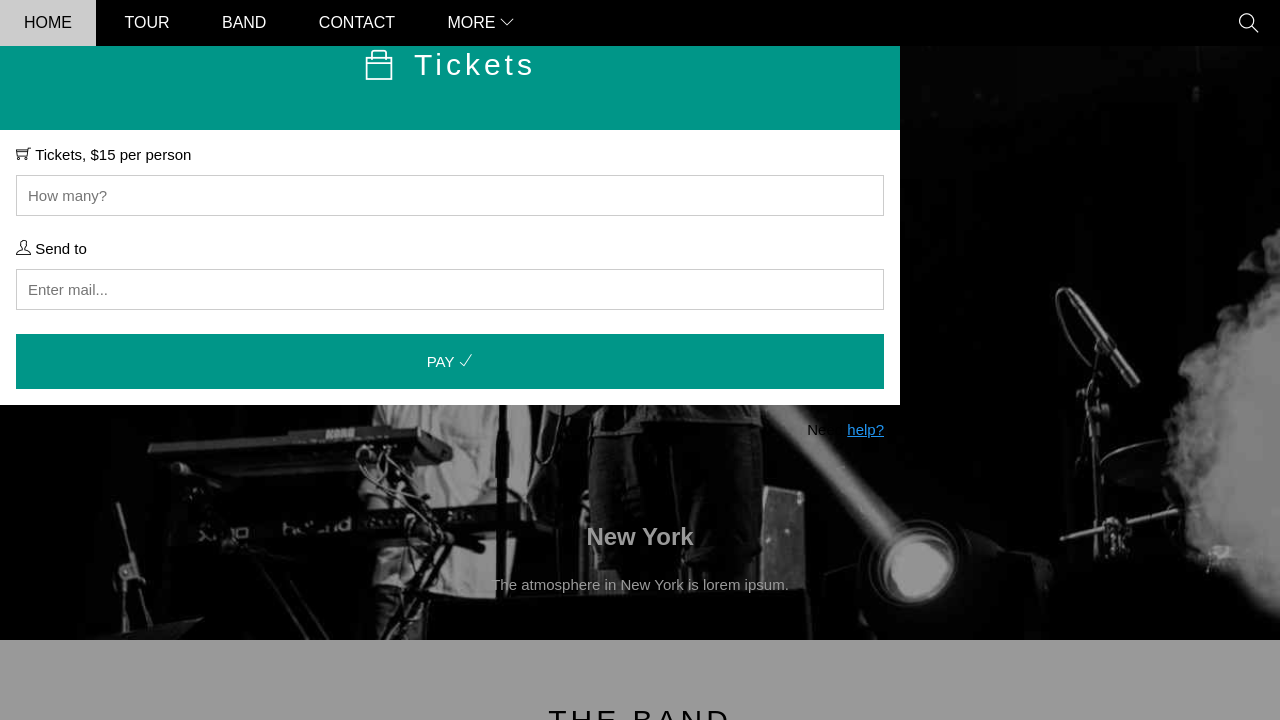
Repository: maivannhan1998/git-w3band
Page: index.html
An editor plug-in stored every save of this project. The page is shown before and after the next save, followed by the edit.
The browser window is 1280 px wide. The pictures show the window.
A layer covers the whole window, so only the first screen is drawn.

Above is the page before, as saved 2021-09-06 21:32:22.

### index.html
<!DOCTYPE html>
<html lang="en">
<head>
    <meta charset="UTF-8">
    <meta http-equiv="X-UA-Compatible" content="IE=edge">
    <meta name="viewport" content="width=device-width, initial-scale=1.0">
    <title>Document</title>
    <link rel="stylesheet" href="./asset/css/style.css">
    <link rel="stylesheet" href="./asset/fontss/themify-icons/themify-icons.css">
</head>
<body>
    <div id="main">
        <div id="header">
            <!-- Begin: nav -->
            <ul id="nav">
                <li><a href="">Home</a></li>
                <li><a href="">Tour</a></li>
                <li><a href="">Band</a></li>
                <li><a href="">Contact</a></li>
                <li><a href="">
                    More
                    <i class="nav-arrow-down ti-angle-down"></i>
                </a>
                    <ul class="subnav">
                        <li><a href="">Merchandise</a></li>
                        <li><a href="">Extras</a></li>
                        <li><a href="">Media</a></li>
                    </ul>
                </li>
            </ul>
            <!-- End: nav -->

            <!-- Begin: Search button -->
            <div class="search-btn">
                <i class="search-icon ti-search"></i>
            </div>
            <!-- End: Search button -->


        </div>

        <div id="slider">
            <div class="text-content">
                <h2 class="text-heading">New York</h2>
                <div class="text-des">The atmosphere in New York is lorem ipsum.</div>
            </div>
        </div>

        <div id="content">
            <!-- About section -->
            <div class="content-section">
                <h2 class="heading-section">THE BAND</h2>
                <p class="heading-sub-section">We love music</p>
                <p class="about-text">We have created a fictional band website. Lorem ipsum dolor sit amet, consectetur adipiscing elit, sed do eiusmod tempor incididunt ut labore et dolore magna aliqua. Ut enim ad minim veniam, quis nostrud exercitation ullamco laboris nisi ut aliquip ex ea commodo consequat. Duis aute irure dolor in reprehenderit in voluptate velit esse cillum dolore eu fugiat nulla pariatur. Excepteur sint occaecat cupidatat non proident, sunt in culpa qui officia deserunt mollit anim id est laborum consectetur adipiscing elit, sed do eiusmod tempor incididunt ut labore et dolore magna aliqua. Ut enim ad minim veniam, quis nostrud exercitation ullamco laboris nisi ut aliquip ex ea commodo consequat.</p>
                <div class="row members-list">
                    <div class="col col-third text-center">
                         <p class="member-name">Name</p>
                         <img src="./asset/img/band/member1.jpg" alt="Name" class="member-img">
                    </div>
                    <div class="col col-third text-center">
                        <p class="member-name">Name</p>
                        <img src="./asset/img/band/member1.jpg" alt="Name" class="member-img">
                   </div>
                   <div class="col col-third text-center">
                        <p class="member-name">Name</p>
                        <img src="./asset/img/band/member1.jpg" alt="Name" class="member-img">
                    </div>


                </div>
            </div>

            <!--Tour section  -->
            <div class="tour-section">

                <div class="content-section">
                    <h2 class="heading-section text-white">TOUR DATES</h2>
                    <p class="heading-sub-section text-white">Remember to book your tickets!</p>
                    <ul class="tickets-list">
                        <li>September<span class="sold-out">Sold out</span></li>
                        <li>October<span class="sold-out">Sold out</span></li>
                        <li>November<span class="quanity">3</span></li>
                    </ul>

                    <!-- Place section -->
                    <div class="row places-list">
                        <div class="col col-third ">
                            <img src="./asset/img/places/newyork.jpg" alt="New York" class="place-img">
                            <div class="place-content">
                                <h3 class="place-heading">New York</h3>
                                <p class="place-time">Fri 27 Nov 2016</p>
                                <p class="place-des">Praesent tincidunt sed tellus ut rutrum sed vitae justo.</p>
                                <a href="#" class="place-buy-btn js-buy-ticket">Buy Tickets</a>
                            </div>
                        </div>

                        <div class=" col col-third ">
                            <img src="./asset/img/places/paris.jpg" alt="Paris" class="place-img">
                            <div class="place-content">
                                <h3 class="place-heading">Paris</h3>
                                <p class="place-time">Sat 28 Nov 2016</p>
                                <p class="place-des">Praesent tincidunt sed tellus ut rutrum sed vitae justo.</p>
                                <a href="#" class="place-buy-btn js-buy-ticket">Buy Tickets</a>
                            </div>
                        </div>

                        <div class=" col col-third ">
                            <img src="./asset/img/places/sanfran.jpg" alt="San Francisco" class="place-img">
                            <div class="place-content">
                                <h3 class="place-heading">San Francisco</h3>
                                <p class="place-time">Sun 29 Nov 2016</p>
                                <p class="place-des">Praesent tincidunt sed tellus ut rutrum sed vitae justo.</p>
                                <a href="#" class="place-buy-btn js-buy-ticket">Buy Tickets</a>
                            </div>
                        </div>


                    </div>
                </div>


            </div>

            <!-- Contact section -->

            <div class="content-section">
                <h2 class="heading-section">CONTACT</h2>
                <p class="heading-sub-section">Fan? Drop a note!</p>


                <div class="row contact-content">
                    <div class="col col-half contact-info">
                           <p><i class="ti-location-pin"></i>Chicago, US</p>
                           <p><i class="ti-mobile"></i>Phone: +00 151515</p>
                           <p><i class="ti-email"></i>Email: mail@mail.com</p>
                    </div>
                    <div class="col col-half contact-form">
                        <form action="">
                            <div class="row">
                                   <div class="col col-half">
                                       <input type="text" name="" placeholder="Name" required  id="contact-name" class="form-control">
                                   </div>
                                   <div class="col col-half">
                                       <input type="email" name="" placeholder="Email" required id="contact-email" class="form-control">
                                   </div>
                                   <!-- <div class="clear"></div> -->
                            </div>
                            <div class="row mt-8">
                               <div class="col col-full">
                                   <input type="text" name="" placeholder="Message" id="contact-message" required class="form-control">
                               </div>
                            </div>
                            <input class="form-submit-btn mt-16" type="submit" value="SEND">

                        </form>
                    </div>
                </div>
            </div>

            <!-- End contact section -->

            <div class="map-section">
                <img src="./asset/img/map.jpg" alt="Map">
            </div>



        </div>

        <div id="footer">
            <div class="social-list">
                <a href=""><i class="ti-facebook"></i></a>
                <a href=""><i class="ti-instagram"></i></a>
                <a href=""><i class="ti-github"></i></a>
                <a href=""><i class="ti-pinterest"></i></a>
                <a href=""><i class="ti-twitter"></i></a>
                <a href=""><i class="ti-linkedin"></i></a>
            </div>
            <p class="copyright">Powered by <a href="">w3.css</a></p>
        </div>
    </div>

    <div class="modal">
        <div class="modal-container">
            <div class="modal-close">
                <i class="ti-close"></i>
            </div>
            <header class="modal-header">
                <i class="modal-tibag-icon ti-bag"></i>
                Tickets
            </header>

            <div class="modal-body">
                <label for="ticket-quanity" class="modal-label">
                    <i class="ti-shopping-cart"></i>
                    Tickets, $15 per person
                </label>
                <input id="ticket-quanity" type="text" class="modal-input" placeholder="How many?">

                <label for="ticket-email" class="modal-label">
                    <i class="ti-user"></i>
                    Send to
                </label>
                <input id="ticket-email" type="email" class="modal-input" placeholder="Enter mail...">

                <button id="buy-tickets">
                    Pay <i class="ti-check"></i>
                </button>


            </div>

            <footer class="modal-footer">
                <p class="modal-help">Need <a href="">help?</a></p>
            </footer>
        </div>
    </div>

    <script>
        const buyBtns = document.querySelectorAll('.js-buy-ticket')
        const modal = document.querySelector(".modal")

        function showBuyTickets() {

        }

        for ( const buyBtn of buyBtns) {
            buyBtn.addEventListener('click', showBuyTickets )
        }
    </script>

</body>
</html>

### asset/css/style.css
/* Reset CSS*/
*{
    padding: 0;
    margin: 0;
    box-sizing: border-box;
}

/* common */

.row {
    margin-left: -8px;
    margin-right: -8px;
}

.row::after {
    content: "";
    display: block;
    clear: both;
}

.col {
    float: left;
    padding-left: 8px;
    padding-right: 8px;
}

.col-third {
    width: 33.33333%;
}

.col-half {
    width: 50%;
}

.col-full {
    width: 100%;
}

.text-center {
    text-align: center !important;
}

.clear {
    clear: both;
}

.text-white {
    color: #fff !important;
}

.mt-8 {
    margin-top: 8px;
}

.mt-16 {
    margin-top: 16px;
}

html{
    font-family: Arial, Helvetica, sans-serif;

}

#main{

}

#header{
    position: fixed;
    top: 0;
    left: 0;
    right: 0;
    height: 46px;
    background-color: #000;
    z-index: 1;
}

#nav {
    display: inline-block ;
}

#nav, .subnav {
    list-style-type: none;
}

#nav > li {
    display: inline-block;
}

#nav li{
    position: relative;

}

#nav > li > a {
    color: #fff;
    text-transform: uppercase;
}

#nav li a {
    padding: 0 24px;
    line-height: 46px;
    display: block;
    text-decoration: none;
}
#nav .subnav li:hover a,
#nav > li:hover > a {
    color: #000;
    background-color: #ccc;
}

#nav .subnav {
    display: none;
    position: absolute;
    top: 100%;
    left: 0;
    min-width: 160px;
    background-color: #fff;
    box-shadow: 0 0 10px rgba(0, 0, 0, 0.3);
}

#nav .subnav a {
    color: #000;
    background-color: #fff;
    padding: 0 12px;
    line-height: 38px;

}

#nav li:hover .subnav {
    display: block;
}

.nav-arrow-down {
    font-size: 14px;
}

#header .search-btn {
    float: right;
    padding: 0px 21px;

}

#header .search-btn:hover {
    cursor: pointer;
    background-color: #f44336;
}

#header .search-icon {
    color: #fff;
    font-size: 20px;
    line-height: 46px;
}

#slider{
   /* margin-top: 46px; */
   /* chỉ số % chiều ngang của chính nó (chiều cao lun bằng 1/2 chiều ngang) */
   position: relative;
   padding-top: 50%;
   background: url('/asset/img/slider/slider1.jpg') top center / cover no-repeat;
}

#slider .text-content {
    position: absolute;
    bottom: 47px;
    color: #fff;
    width: 100%;
    /* left: 50%;
   transform: translateX(-50%); */
   text-align: center;

}

#sider .text-heading {
    font-weight: 500;
    font-size: 24px;
}

#slider .text-des {
    font-size: 15px;
    margin-top: 25px;
}

#content{

}

#content .content-section {
    width: 800px;
   padding: 64px 0 112px;
   margin-left: auto;
   margin-right: auto;

}

#content .heading-section {
    text-align: center;
    font-size: 30px;
    font-weight: 500;
    letter-spacing: 4px;
}

#content .heading-sub-section {
    text-align: center;
    font-size: 15px;
    margin-top: 25px;
    font-style: italic;
    opacity: 0.6;
}

#content .about-text {
    margin-top: 25px;
    text-align: justify;
    font-size: 15px;
    line-height: 1.5;
}

#content .members-list {
    margin-top: 48px;
}



#content .member-name {
    font-size: 15px;
}

#content .member-img {
    width: 154px;
    margin-top: 15px ;
    border-radius: 4px;

}

/* tour section */

.tour-section {
    background-color: #000;
}

.tickets-list {
    margin-top: 40px;
    list-style-type: none;
    background-color: #fff;

}

.tickets-list li {
    color: #757575;
    font-size: 15px;
    padding: 11px 16px;
    border-bottom: 1px solid #ccc;
}

.tickets-list .sold-out {
    color: #fff;
    background-color: #f44336;
    padding: 4px 4px;
    margin-left: 16px;
}

.tickets-list .quanity {
    float: right;
    color: #fff;
    background-color: #000;
    width: 24px;
    height: 24px;
    border-radius: 50%;
    text-align: center;
    margin-top: -3px;
    line-height: 24px;
}

.places-list {
    margin-top: 32px;

}

.place-img{
    width: 100%;
    display: block;
}

.place-img:hover {
    opacity: 0.6;
}

.place-content{
background-color: #fff;
padding: 16px;
font-size: 15px;
}

.place-heading{
    font-size: 15px;
}

.place-time{
    margin-top: 15px;
    color: #757575;
}

.place-des{
    margin: 15px 0;
    line-height: 1.4;
}

.place-buy-btn{
    color: #fff;
    background-color: #000;
    text-decoration: none;
    padding: 11px 16px;
    display: inline-block;
}

.place-buy-btn:hover {
    color: #000;
    background-color: #ccc;
}

/* contact form */

.contact-content {
    margin-top: 48px;
}

.contact-info {
    font-size: 18px;
}

.contact-info i[class*="ti-"]{
    width: 30px;
    display: inline-block;
    line-height: 1.5;
}

.contact-form {
    font-size: 15px;
}

.contact-form .form-control {
    padding: 10px;
    border: 1px solid #ccc;
    width: 100%;
}

.form-submit-btn {
    padding: 10px 16px;
    float: right;
    color: #fff;
    background: #000;
    border: none;
}

.form-submit-btn:hover {
    color: #000;
    background-color: #ccc;
}

.map-section img {
    width: 100%;
}

/* Footer section */

#footer{
    padding: 64px 16px;
    text-align: center;
}

#footer .social-list {
    font-size: 24px;
}

#footer .social-list a {
    color: rgba(0, 0, 0, 0.6);
    text-decoration: none;
}
#footer .copyright a:hover,
#footer .social-list a:hover {
    color: rgba(0, 0, 0, 0.4);
}
#footer .copyright a {
    margin-top: 15px;
    color: rgba(0, 0, 0, 0.6);
}

.modal {
    position: fixed;
    top: 0;
    left: 0;
    right: 0;
    bottom: 0;
    background-color: rgba(0, 0, 0, 0.4);
    align-items: center;
    justify-content: center;
    /* display: none; */
}

.modal-container {
    background: #fff;
    width: 900px;
    max-width: calc(100% - 32px);
    min-height: 200px;
    position: relative;
}

.modal-header {
    display: flex;
    align-items: center;
    justify-content: center;
    font-size: 30px;
    color: #fff;
    background-color: #009688;
    min-height: 130px;
    letter-spacing: 4px;
}

.modal-tibag-icon {
    margin-right: 16px;
}

.modal-close {
    position: absolute;
    right: 0;
    top: 0;
    padding: 17px 15px;
    color: #fff;
    cursor: pointer;

}

.modal-close:hover {
    color: #000;
    background-color: #ccc;
}

.modal-body {
    padding: 16px;
}

.modal-label {
    display: block;
    font-size: 15px;
    margin-bottom: 12px;
}

.modal-input {
    border: 1px solid #ccc;
    padding: 11px;
    width: 100%;
    font-size: 15px;
    margin-bottom: 24px;
}

#buy-tickets {
    width: 100%;
    color: #fff;
    background-color: #009688;
    border: none;
    padding: 19px;
    text-transform: uppercase;
    font-size: 15px;
    cursor: pointer;
}

#buy-tickets:hover {
    color: #000;
    background-color: #ccc;
}

.modal-footer {
    padding: 16px;
    float: right;
    font-size: 15px;
}

.modal-footer a {
    color: #2196f3;
    cursor: pointer;
}

Loaded but not shown: asset/fontss/themify-icons/themify-icons.css (common file)

After the next save:
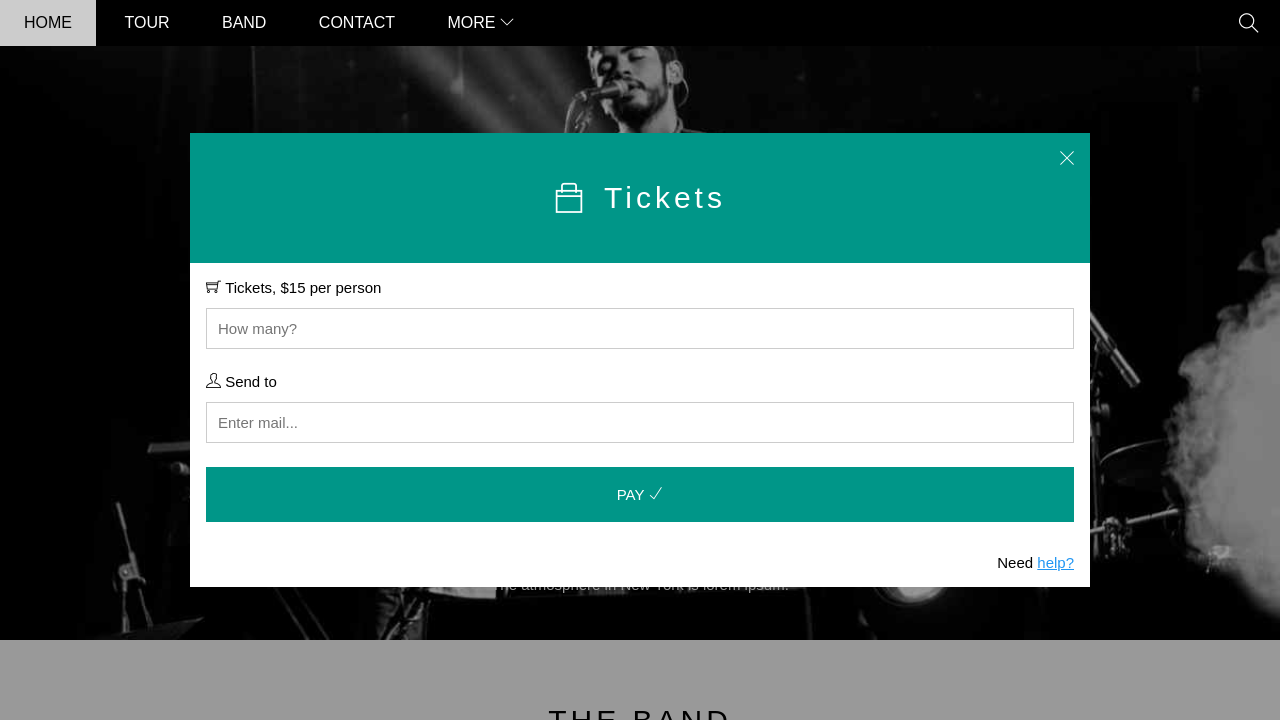
Saved 25 s later.
--- a/asset/css/style.css
+++ b/asset/css/style.css
@@ -394,7 +394,7 @@
     background-color: rgba(0, 0, 0, 0.4);
     align-items: center;
     justify-content: center;
-    /* display: none; */
+    display: flex;
 }
 
 .modal-container {
